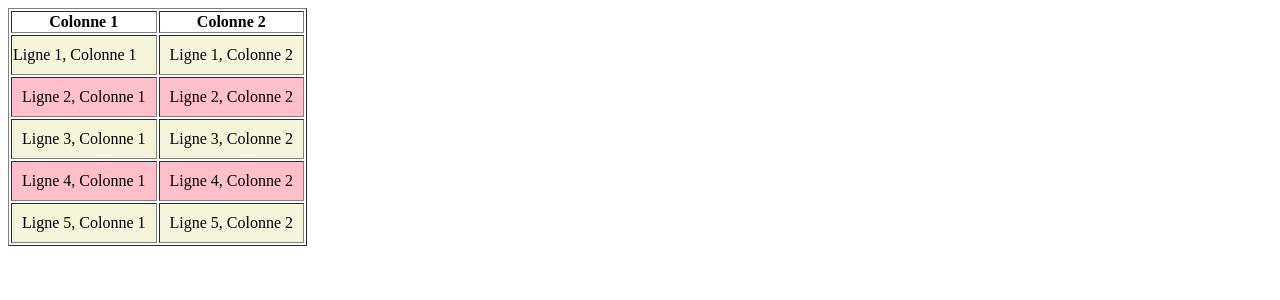
Repository: Chaimaa482/web-tp4
Page: ex1.html
The author's editor kept a copy of each file at every save. The page is drawn from the files as they stood at one save, then again after the next save.
The browser window is 1280 px wide. The pictures show the whole page.

Above is the page before, as saved 2023-10-22 15:47:48.

### ex1.html
<!DOCTYPE html>
<html>
<head>
</head>
<body>
    <table id="myTable" border="1">
        <tr>
            <th>Colonne 1</th>
            <th>Colonne 2</th>
        </tr>
        <tr>
            <td>Ligne 1, Colonne 1</td>
            <td>Ligne 1, Colonne 2</td>
        </tr>
        <tr>
            <td>Ligne 2, Colonne 1</td>
            <td>Ligne 2, Colonne 2</td>
        </tr>
        <tr>
            <td>Ligne 3, Colonne 1</td>
            <td>Ligne 3, Colonne 2</td>
        </tr>
        <tr>
            <td>Ligne 4, Colonne 1</td>
            <td>Ligne 4, Colonne 2</td>
        </tr>
        <tr>
            <td>Ligne 5, Colonne 1</td>
            <td>Ligne 5, Colonne 2</td>
        </tr>
    </table>

    <script>
        var table = document.getElementById("myTable");
        var cells = table.getElementsByTagName("td");

        // Donner une couleur de fond rose aux lignes paires et beige aux lignes impaires
        var rows = table.querySelectorAll("tr");
        for (var i = 1; i < rows.length; i++) {
            if (i % 2 === 0) {
                rows[i].style.backgroundColor = "pink";
            } else {
                rows[i].style.backgroundColor = "beige";
            }
        }

        // Donner une classe col1 aux colonnes paires et col2 aux colonnes impaires
        var cellsCol1 = table.getElementsByClassName("col1");
        var cellsCol2 = table.getElementsByClassName("col2");
        for (var i = 0; i < cells.length; i++) {
            if (i % 2 === 0) {
                cells[i].className = "col1";
            } else {
                cells[i].className = "col2";
            }
        }

        // Augmenter le padding de toutes les cellules sauf celles de la première ligne
        for (var i = 1; i < cells.length; i++) {
            cells[i].style.padding = "10px";
        }
    </script>
</body>
</html>

After the next save:
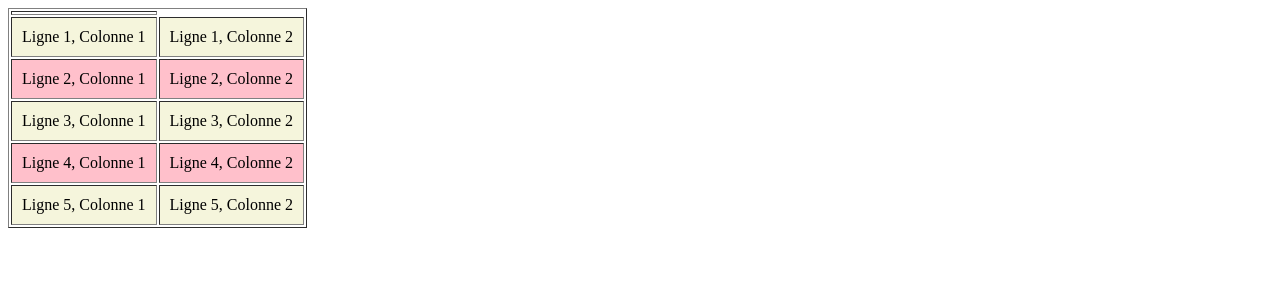
Saved 8 s later.
--- a/ex1.html
+++ b/ex1.html
@@ -5,8 +5,7 @@
 <body>
     <table id="myTable" border="1">
         <tr>
-            <th>Colonne 1</th>
-            <th>Colonne 2</th>
+            <td
         </tr>
         <tr>
             <td>Ligne 1, Colonne 1</td>
